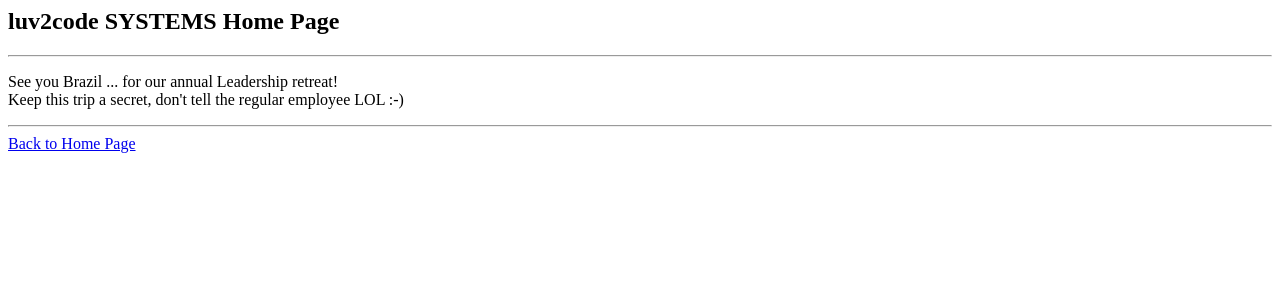
Repository: MOURAD1997-ctrl/dev-security
Page: http://localhost/spring-security-demo-07-user-roles/systems
An editor plug-in stored every save of this project. The page is shown before and after the next save, followed by the edit.
The browser window is 1280 px wide. The pictures show the whole page.
The page is served by Tomcat 9. Other server files are loaded and not shown.

Above is the page before, as saved 2020-06-05 19:04:13.

### spring-security-demo-07-user-roles/src/main/webapp/WEB-INF/view/systems.jsp
<html>

<head>
   <title>luv2code SYSTEMS Home Page</title>
</head>

<body>

   <h2>luv2code SYSTEMS Home Page</h2>

   <hr>

   <p>
      See you Brazil ... for our annual Leadership retreat!
      <br>
      Keep this trip a secret, don't tell the regular employee LOL :-)
   </p>

   <hr>

   <a href="${pageContext.request.contextPath}/">Back to Home Page</a>

</body>

</html>

After the next save:
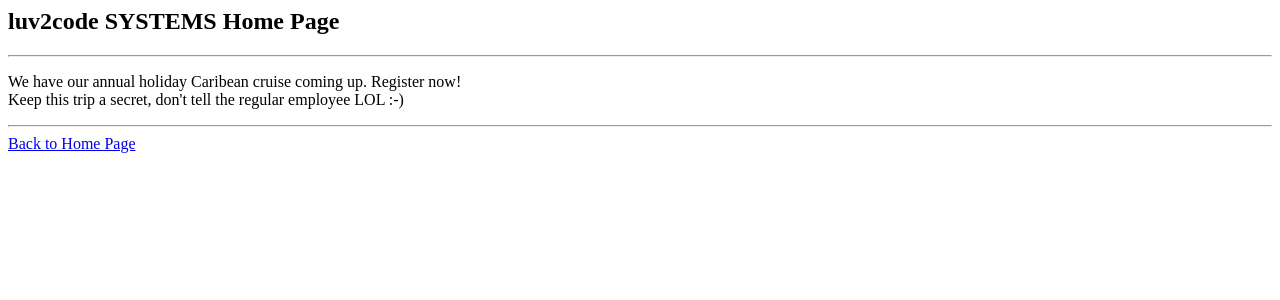
Saved 50 s later.
--- a/spring-security-demo-07-user-roles/src/main/webapp/WEB-INF/view/systems.jsp
+++ b/spring-security-demo-07-user-roles/src/main/webapp/WEB-INF/view/systems.jsp
@@ -11,7 +11,7 @@
    <hr>
 
    <p>
-      See you Brazil ... for our annual Leadership retreat!
+      We have our annual holiday Caribean cruise coming up. Register now!
       <br>
       Keep this trip a secret, don't tell the regular employee LOL :-)
    </p>
